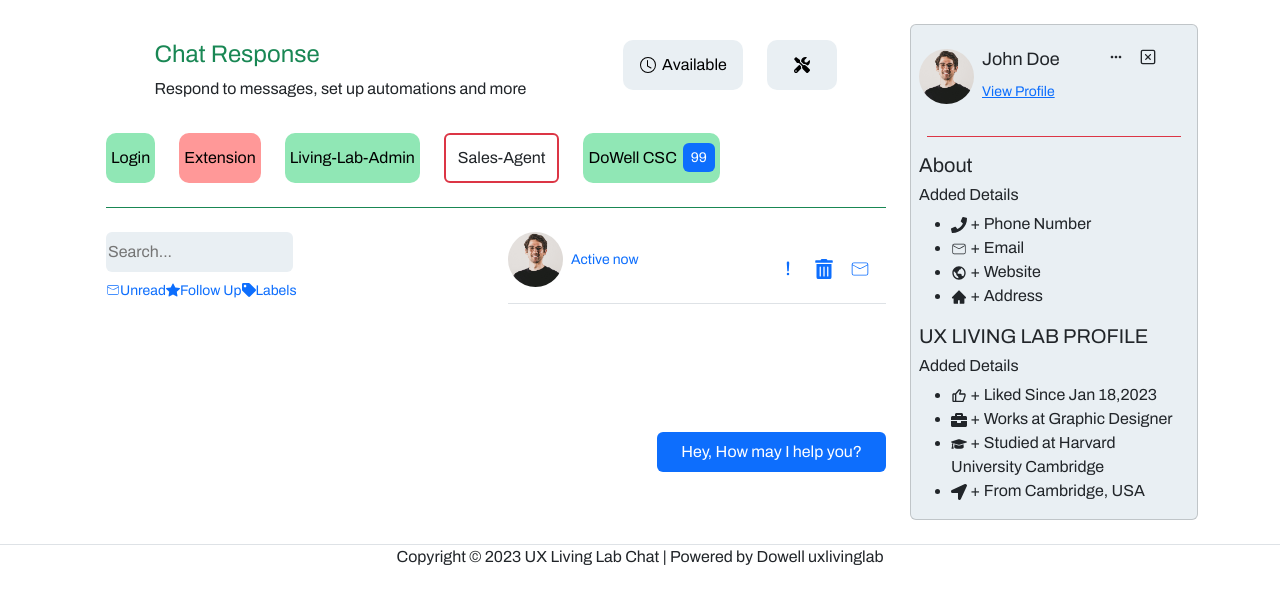
Repository: uh-sman/UX-Living-Lab-Chat
Page: /
An editor plug-in stored every save of this project. The page is shown before and after the next save, followed by the edit.
The browser window is 1280 px wide. The pictures show the whole page.
The project was rebuilt for these pictures with package versions that can differ from the ones it lists, and the page was loaded fresh each time.

Above is the page before, as saved 2023-05-10 18:17:15.

### public/index.html
<!DOCTYPE html>
<html lang="en">
  <head>
    <meta charset="utf-8" />
    <link rel="icon" href="%PUBLIC_URL%/favicon.ico" />
    <meta name="viewport" content="width=device-width, initial-scale=1" />
    <meta name="theme-color" content="#000000" />
    <meta
      name="description"
      content="Web site created using create-react-app"
    />
    <link rel="apple-touch-icon" href="%PUBLIC_URL%/logo192.png" />
    <!--
      manifest.json provides metadata used when your web app is installed on a
      user's mobile device or desktop. See https://developers.google.com/web/fundamentals/web-app-manifest/
    -->
    <link rel="manifest" href="%PUBLIC_URL%/manifest.json" />
    <!-- font awsome CDN -->

    <link
      rel="stylesheet"
      href="https://cdn.jsdelivr.net/npm/@fortawesome/fontawesome-free@6.2.1/css/fontawesome.min.css"
      integrity="sha384-QYIZto+st3yW+o8+5OHfT6S482Zsvz2WfOzpFSXMF9zqeLcFV0/wlZpMtyFcZALm"
      crossorigin="anonymous"
    />
    <!--
      Notice the use of %PUBLIC_URL% in the tags above.
      It will be replaced with the URL of the `public` folder during the build.
      Only files inside the `public` folder can be referenced from the HTML.

      Unlike "/favicon.ico" or "favicon.ico", "%PUBLIC_URL%/favicon.ico" will
      work correctly both with client-side routing and a non-root public URL.
      Learn how to configure a non-root public URL by running `npm run build`.
    -->
    <title>React App</title>
  </head>
  <body>
    <noscript>You need to enable JavaScript to run this app.</noscript>
    <div id="root"></div>
    <!--
      This HTML file is a template.
      If you open it directly in the browser, you will see an empty page.

      You can add webfonts, meta tags, or analytics to this file.
      The build step will place the bundled scripts into the <body> tag.

      To begin the development, run `npm start` or `yarn start`.
      To create a production bundle, use `npm run build` or `yarn build`.
    -->
  </body>
</html>

### src/index.css
* {
  text-decoration: none;
}

### src/App.js
import "./App.css";
import "bootstrap/dist/css/bootstrap.min.css";
import "bootstrap/dist/js/bootstrap.bundle.min";
import Container from "./container";
import Footer from "./container/Footer";
function App() {
  return (
    <div className="App">
      <Container />
      <Footer />
    </div>
  );
}

export default App;

### src/App.css
@import url("https://fonts.googleapis.com/css2?family=Archivo&display=swap");
:root {
  --header-color: #0d7813;
  /* --button-color :#00000;
  --button-color :#90E7B5; */
  --bg-color: #e9eff3;
  /* #90E7B5 */

  --font: "Archivo", sans-serif;
}

* {
  text-decoration: none;
  /* list-style: none; */
  font-family: "Archivo", sans-serif;
}

.body {
  font-family: "Archivo", sans-serif;
}
.header {
  color: var(--header-color);
  font-family: "Archivo", sans-serif;
}
.button {
  display: flex;
  align-items: center;
  background: var(--bg-color);
  justify-content: center;
  height: 50px;
  width: 120px;
  gap: 6px;
  border: none;
  border-radius: 10px;
}
.button2 {
  display: flex;
  align-items: center;
  background: var(--bg-color);
  justify-content: center;
  height: 50px;
  width: 70px;
  gap: 6px;
  border: none;
  border-radius: 10px;
}
.button3 {
  display: flex;
  align-items: center;
  background: #90e7b5;
  justify-content: center;
  height: 50px;
  max-width: contain;
  padding: 0px 5px;
  gap: 6px;
  border: none;
  border-radius: 10px;
}
.button4 {
  display: flex;
  align-items: center;
  background: #ff9898;
  justify-content: center;
  height: 50px;
  max-width: contain;
  padding: 0px 5px;
  gap: 6px;
  border: none;
  border-radius: 10px;
}
.image-style {
  width: 55px;
  height: 55px;
  border-radius: 500px;
}
.cardBody {
  background-color: var(--bg-color);
}
.input {
  border: var(--bg-color);
  /* align-items: ; */
  outline: none;
  background: var(--bg-color);
}

### src/container/index.js
import React from "react";
import ChatSection from "./ChatSection";
import DetailsSection from "./DetailsSection";
const Container = () => {
  return (
    <div className="container">
      <div className="d-flex justify-content-around my-4">
        <ChatSection />
        <DetailsSection />
      </div>
    </div>
  );
};

export default Container;

### src/container/Footer.jsx
import React from "react";

const Footer = () => {
  return (
    <div class="d-flex justify-content-center border-top">
      <div class="d-flex align-items-baseline">
        <p>
          Copyright &copy; 2023 UX Living Lab Chat | Powered by Dowell
          uxlivinglab
        </p>
      </div>
    </div>
  );
};

export default Footer;

### src/container/ChatSection.js
import React from "react";
import ChatHeader from "./ChatItems/ChatHeader";
import ProfileHead from "./Chats/message/ProfileHead";
import SearchBar from "./Chats/SearchBar";

const ChatSection = () => {
  return (
    <div className="container">
      <ChatHeader />
      {/* chats come here */}
      <div className="d-flex my-2">
        <SearchBar />
        <ProfileHead />
      </div>
    </div>
  );
};

export default ChatSection;

### src/container/DetailsSection.jsx
import React from "react";
import user from "../assets/user.jpg";
import AboutDetails from "./Details/AboutDetails";
import DetailsSectionButton from "./DetailsSectionButton";
const DetailsSection = ({ title, about }) => {
  return (
    <div>
      <div
        className="card"
        style={{ width: "18rem", backgroundColor: "#e9eff3" }}
      >
        <div className="mx-2">
          <div className="d-flex gap-5 mt-4 ">
            <figure className="d-flex gap-2">
              <img src={user} className=" image-style" />
              <div className="">
                <h4 className="body fw-bold" style={{ fontSize: "18px" }}>
                  {title}
                </h4>
                <a href="" className="fw-bold" style={{ fontSize: "14px" }}>
                  View Profile
                </a>
              </div>
            </figure>
            <DetailsSectionButton />
          </div>
          <div className="border-bottom border-danger mx-2 my-3"></div>
          <div className=""></div>
          {/* DETAILS */}
          <AboutDetails />
        </div>
      </div>
    </div>
  );
};
DetailsSection.defaultProps = {
  title: "John Doe",
  about: "About",
};

export default DetailsSection;

### src/container/ChatItems/ChatHeader.jsx
import React from "react";
import Buttons from "./Buttons";
import HeaderButtons from "./HeaderButtons";

const ChatHeader = ({ title, caption }) => {
  return (
    <div className="container">
      <div className=" d-flex justify-content-around my-3">
        <header>
          <h1 className="header fs-4 fw-bold text-success">{title}</h1>
          <p className="fw-medium  Header-font">{caption}</p>
        </header>
        <HeaderButtons />
      </div>
      <Buttons />
      <div className="border-bottom border-success my-4"></div>
    </div>
  );
};

export default ChatHeader;
ChatHeader.defaultProps = {
  title: "Chat Response",
  caption: "Respond to messages, set up automations and more",
};

### src/container/Chats/message/ProfileHead.jsx
import React from "react";
import { FaTrashAlt } from "react-icons/fa";
import user from "../../../assets/user.jpg";
import ChatIcons from "./ChatIcons";
import Message from "./Message";
const ProfileHead = () => {
  return (
    <div className="container overflow-y-scroll">
      <div className="d-flex justify-content-between  align-items-center border-bottom">
        <figure className="d-flex gap-2 align-items-center">
          <img src={user} className=" image-style" />
          <div className="">
            {/* Status active now if true show active */}
            <small className="text-primary">Active now</small>
          </div>
        </figure>
        <ChatIcons />
      </div>
      <Message />
    </div>
  );
};

export default ProfileHead;

### src/container/Chats/SearchBar.jsx
import React from "react";
import { FaSearch } from "react-icons/fa";
import Icons from "./Icons";
// BsStarFill;
const SearchBar = () => {
  return (
    <div className="container">
      <div className="overflow-y-scroll">
        <form>
          <input
            className="input rounded bi bi-search py-2"
            placeholder="Search..."
          />
          {/* <i className="bi bi-search"></i> */}
        </form>
        <Icons />
      </div>
    </div>
  );
};

export default SearchBar;

### src/container/Details/AboutDetails.jsx
import React from "react";
import {
  FaPhone,
  FaBriefcase,
  FaGraduationCap,
  FaLocationArrow,
} from "react-icons/fa";
import { CiMail } from "react-icons/ci";
import { BiWorld, BiLike } from "react-icons/bi";
import { AiFillHome } from "react-icons/ai";
const AboutDetails = ({ title, ux }) => {
  const data = [
    {
      phone: "Phone Number",
      email: "Email",
      web: "Website",
    },
  ];
  return (
    <div>
      <div className="">
        <h5>{title}</h5>
        <main>
          <h6>Added Details</h6>
          <div className="">
            <ul>
              <li>
                <FaPhone /> + Phone Number
              </li>
              <li>
                <CiMail /> + Email
              </li>
              <li>
                <BiWorld /> + Website
              </li>
              <li>
                <AiFillHome /> + Address
              </li>
            </ul>
          </div>
        </main>
      </div>
      <div className="">
        <h5>{ux}</h5>
        <main>
          <h6>Added Details</h6>
          <div className="">
            <ul>
              <li>
                <BiLike /> + Liked Since Jan 18,2023
                {/* date from the api */}
              </li>
              <li>
                <FaBriefcase /> + Works at Graphic Designer
              </li>
              <li>
                <FaGraduationCap /> + Studied at Harvard University Cambridge
                {/* Place of work from the api */}
              </li>
              <li>
                <FaLocationArrow /> + From Cambridge, USA
              </li>
            </ul>
          </div>
        </main>
      </div>
    </div>
  );
};

export default AboutDetails;

AboutDetails.defaultProps = {
  title: "About",
  ux: "UX LIVING LAB PROFILE",
};

### src/container/DetailsSectionButton.jsx
import React from "react";
import { MdOutlineMoreHoriz } from "react-icons/md";
import { CgCloseR } from "react-icons/cg";
const DetailsSectionButton = () => {
  return (
    <div>
      <div className="d-flex gap-3">
        <MdOutlineMoreHoriz />
        <CgCloseR />
      </div>
    </div>
  );
};

export default DetailsSectionButton;

### src/container/ChatItems/Buttons.jsx
import React from "react";

const Buttons = () => {
  return (
    <div className="d-flex gap-4">
      <button type="button" className="button3">
        Login
      </button>
      <button type="button" className="button4">
        Extension
      </button>
      <button type="button" className="button3">
        Living-Lab-Admin
      </button>
      <button type="button" className="btn border-danger border-2">
        Sales-Agent
      </button>
      <button type="button" className="button3">
        DoWell CSC
        <small className="bg-primary text-white px-2 py-1 rounded">
          {"99"}
        </small>
      </button>
    </div>
  );
};

export default Buttons;

### src/container/ChatItems/HeaderButtons.jsx
import React from "react";
import { BsClock } from "react-icons/bs";
import { FaTools } from "react-icons/fa";
const HeaderButtons = () => {
  return (
    <div className="d-flex gap-4">
      <button type="button" className="button">
        <BsClock className="" />
        Available
      </button>
      <button type="button" className="button2">
        <FaTools />
      </button>
    </div>
  );
};

export default HeaderButtons;

### src/container/Chats/message/ChatIcons.jsx
import React from "react";
import { FaTrashAlt } from "react-icons/fa";
import { BsExclamationLg } from "react-icons/bs";
import { CiMail } from "react-icons/ci";
const ChatIcons = () => {
  return (
    <div className="mx-3">
      <div className="d-flex gap-3">
        <small className="text-primary fs-5"></small>
        <small className="text-primary fs-5">
          <BsExclamationLg />
        </small>
        <small className="text-primary fs-5">
          <FaTrashAlt />
        </small>

        <small className="text-primary fs-5">
          <CiMail />
        </small>
      </div>
    </div>
  );
};

export default ChatIcons;

### src/container/Chats/message/Message.jsx
import React, { useState } from "react";

const Message = () => {
  const [message, setMessage] = useState(true);
  return (
    <div className="">
      <div className="d-flex justify-content-end ">
        {message ? (
          <div
            className="bg-primary text-white rounded d-flex align-items-center"
            style={{
              width: "auto",
              height: "40px",
              listStyle: "none",
              marginTop: "8rem",
            }}
          >
            <li className="mx-4 ">Hey, How may I help you? </li>
          </div>
        ) : null}
      </div>
    </div>
  );
};

export default Message;

### src/container/Chats/Icons.jsx
import React from "react";
import { CiMail } from "react-icons/ci";
import { BsStarFill } from "react-icons/bs";
import { FaTag } from "react-icons/fa";
const Icons = () => {
  return (
    <div>
      <div className="d-flex text-primary my-2">
        <small className="d-flex align-items-center">
          <CiMail /> Unread
        </small>
        <small className="d-flex align-items-center">
          <BsStarFill /> Follow Up
        </small>
        <small className="d-flex align-items-center">
          <FaTag />
          Labels
        </small>
      </div>
    </div>
  );
};

export default Icons;

Loaded but not shown: src/index.js (common file)

After the next save:
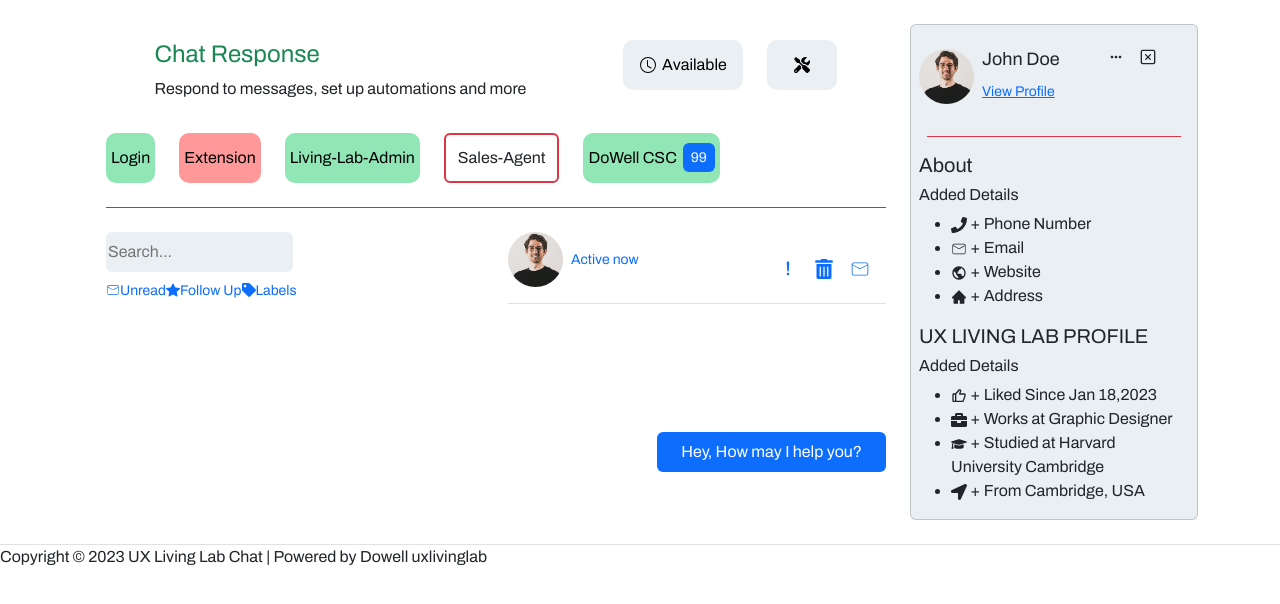
Saved 22 s later.
--- a/src/container/Footer.jsx
+++ b/src/container/Footer.jsx
@@ -2,8 +2,8 @@
 
 const Footer = () => {
   return (
-    <div class="d-flex justify-content-center border-top">
-      <div class="d-flex align-items-baseline">
+    <div class="d-flex  border-top">
+      <div class="d-flex justify-content-center">
         <p>
           Copyright &copy; 2023 UX Living Lab Chat | Powered by Dowell
           uxlivinglab

After the save that followed:
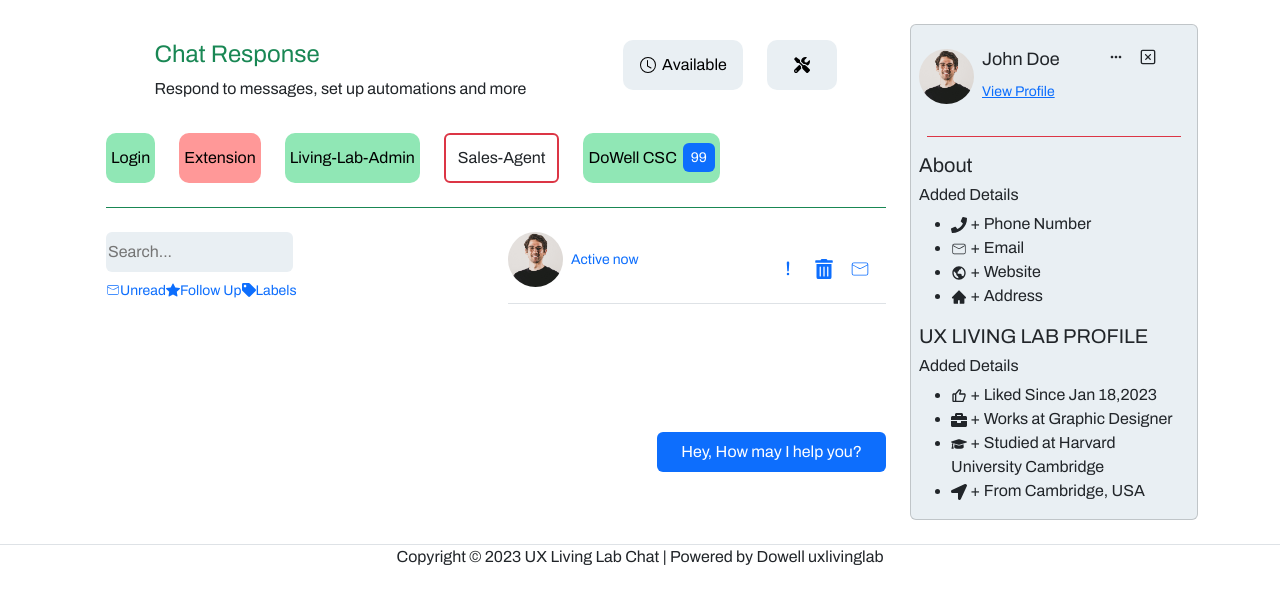
Saved 5 s later.
--- a/src/container/Footer.jsx
+++ b/src/container/Footer.jsx
@@ -2,7 +2,7 @@
 
 const Footer = () => {
   return (
-    <div class="d-flex  border-top">
+    <div class=" border-top">
       <div class="d-flex justify-content-center">
         <p>
           Copyright &copy; 2023 UX Living Lab Chat | Powered by Dowell
